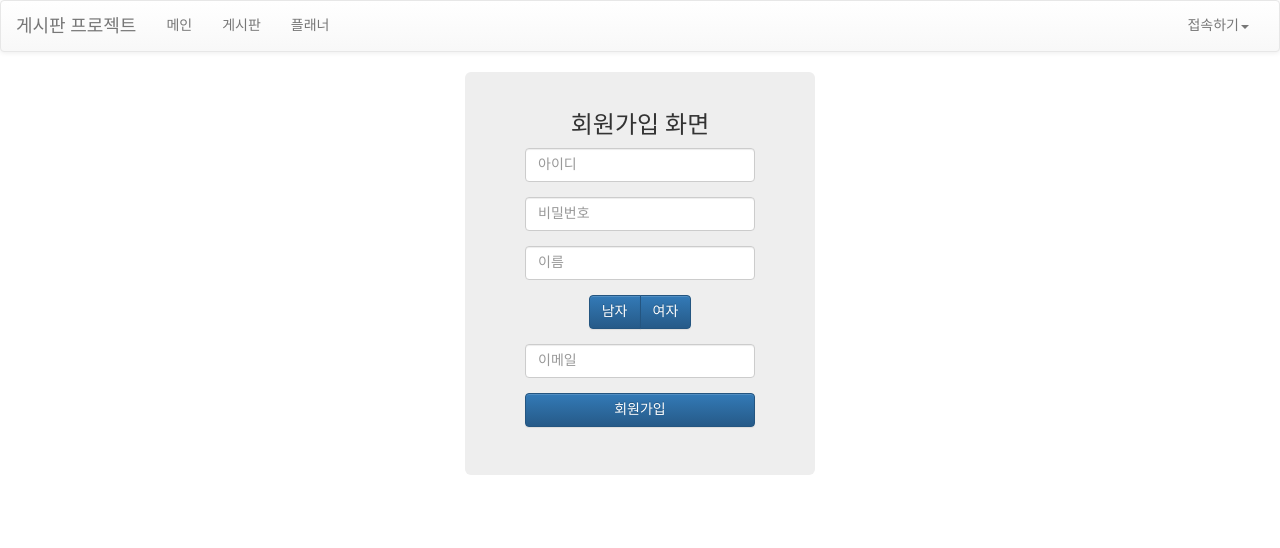
Repository: Seok7975/JSP-Education
Page: http://localhost/ToDoList공유_게시판_ver3/join.jsp
An editor plug-in stored every save of this project. The page is shown before and after the next save, followed by the edit.
The browser window is 1280 px wide. The pictures show the whole page.
Some web fonts or font styles are not loaded; a fallback is used. Some web libraries are served in a nearby version. The page is served by Tomcat 9. Other server files are loaded and not shown.

Above is the page before, as saved 2024-06-20 08:17:52.

### List_Projects_ver3/ToDoList공유 게시판_ver3/src/main/webapp/join.jsp
<%@ page language="java" contentType="text/html; charset=UTF-8"
    pageEncoding="UTF-8"%>
<!DOCTYPE html>
<html>
<head>
<meta http-equiv="Content-Type" content="text/html; charset=UTF-8">
<meta name="viewport" content="width=device-width, initial-scale=1">
<!-- Latest compiled and minified CSS -->
<link rel="stylesheet" href="https://cdn.jsdelivr.net/npm/bootstrap@3.3.7/dist/css/bootstrap.min.css" integrity="sha384-BVYiiSIFeK1dGmJRAkycuHAHRg32OmUcww7on3RYdg4Va+PmSTsz/K68vbdEjh4u" crossorigin="anonymous">
<!-- Optional theme -->
<link rel="stylesheet" href="https://cdn.jsdelivr.net/npm/bootstrap@3.3.7/dist/css/bootstrap-theme.min.css" integrity="sha384-rHyoN1iRsVXV4nD0JutlnGaslCJuC7uwjduW9SVrLvRYooPp2bWYgmgJQIXwl/Sp" crossorigin="anonymous">
<!-- jQuery (necessary for Bootstrap's JavaScript plugins) -->
<script src="https://code.jquery.com/jquery-3.1.1.min.js"></script>
<!-- Latest compiled and minified JavaScript -->
<script src="https://cdn.jsdelivr.net/npm/bootstrap@3.3.7/dist/js/bootstrap.min.js" integrity="sha384-Tc5IQib027qvyjSMfHjOMaLkfuWVxZxUPnCJA7l2mCWNIpG9mGCD8wGNIcPD7Txa" crossorigin="anonymous"></script>
<link rel="stylesheet" href="css/jumbotronCustom.css">
<title>JSP 게시판 웹 사이트</title>
</head>
<body>
	<nav class="navbar navbar-default">
		<div class="container-fluid">
			<div class="navbar-header">
				<button type="button" class="navbar-toggle collapsed" data-toggle="collapse" data-target="#bs-example-navbar-collapse-1" aria-expanded="false">
					<span class="sr-only">Toggle navigation</span>
					<span class="icon-bar"></span>
					<span class="icon-bar"></span>
					<span class="icon-bar"></span>
				</button>
				<a class="navbar-brand" href="main.jsp">게시판 프로젝트</a>
			</div>
			<div class="collapse navbar-collapse" id="bs-example-navbar-collapse-1">
				<ul class="nav navbar-nav">
					<li><a href="main.jsp">메인</a></li>
					<li><a href="bbs.jsp">게시판</a></li>
					<li><a href="planner/planner.jsp">플래너</a></li>
				</ul>
				<ul class="nav navbar-nav navbar-right">
					<li class="dropdown">
						<a href="#" class="dropdown-toggle" data-toggle="dropdown" role="button" aria-haspopup="true" aria-expanded="false">접속하기<span class="caret"></span></a>
						<ul class="dropdown-menu">
							<li><a href="login.jsp">로그인</a></li>
							<li class="active"><a href="join.jsp">회원가입</a></li>
						</ul>
					</li>
				</ul>
			</div>
		</div>
	</nav>
	<div class="container">
		<div class="col-lg-4"></div>
		<div class="col-lg-4">
			<div class="jumbotron" style="padding-top: 20px;">
				<form method="post" action="joinAction.jsp">
					<h3 style="text-align: center;">회원가입 화면</h3>
					<div class="form-group">
						<input type="text" class="form-control" placeholder="아이디" name="userID" required maxlength="20">
					</div>
					<div class="form-group">
						<input type="password" class="form-control" placeholder="비밀번호" name="userPassword" required maxlength="20">
					</div>
					<div class="form-group">
						<input type="text" class="form-control" placeholder="이름" name="userName" required maxlength="20">
					</div>
					<div class="form-group" style="text-align: center;">
						<div class="btn-group" data-toggle="buttons">
							<label class="btn btn-primary">
								<input type="radio" name="userGender" value="남자" autocomplete="off" required> 남자 <!-- autocomplete="off" -->
							</label>
							<label class="btn btn-primary">
								<input type="radio" name="userGender" value="여자" autocomplete="off" required> 여자
							</label>
						</div>
					</div>
					<div class="form-group">
						<input type="email" class="form-control" placeholder="이메일" name="userEmail" required maxlength="20">
					</div>
					<input type="submit" class="btn btn-primary form-control" value="회원가입">
				</form>
			</div>
		</div>
		<div class="col-lg-4"></div>
	</div>
</body>
</html>

### List_Projects_ver3/ToDoList공유 게시판_ver3/src/main/webapp/css/jumbotronCustom.css

@import url(http://fonts.googleapis.com/earlyaccess/nanumgothic.css);
@import url(http://fonts.googleapis.com/earlyaccess/hanna.css);
* {
	font-family : 'Nanum Gothic';
}

h1 {
	font-family : 'Hanna';
}

After the next save:
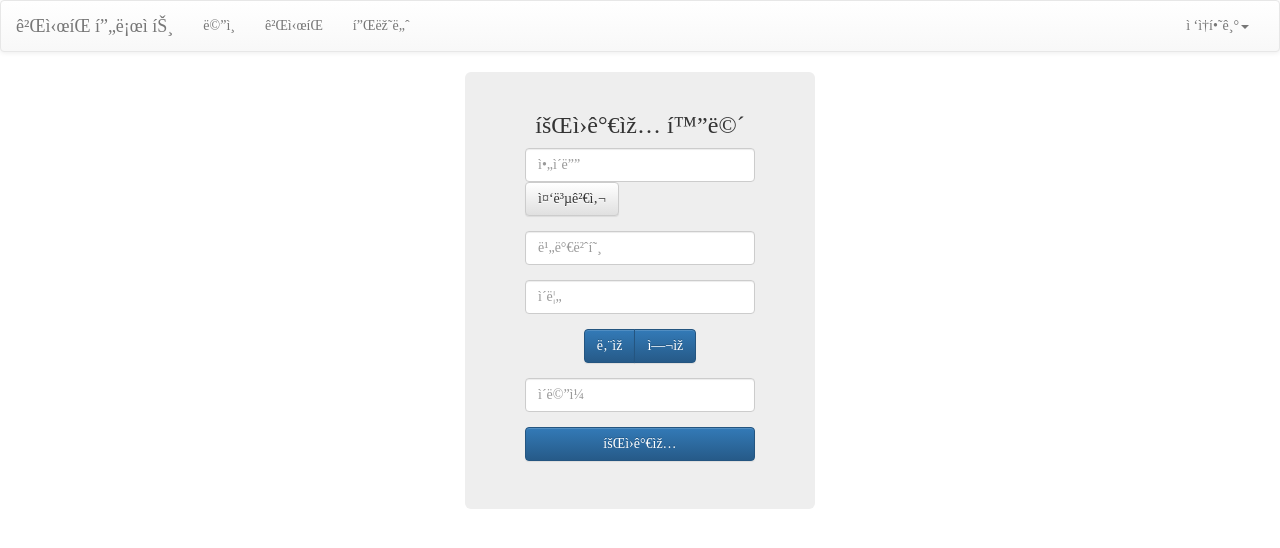
Saved 41 s later.
--- a/List_Projects_ver3/ToDoList공유 게시판_ver3/src/main/webapp/join.jsp
+++ b/List_Projects_ver3/ToDoList공유 게시판_ver3/src/main/webapp/join.jsp
@@ -1,5 +1,3 @@
-<%@ page language="java" contentType="text/html; charset=UTF-8"
-    pageEncoding="UTF-8"%>
 <!DOCTYPE html>
 <html>
 <head>
@@ -53,7 +51,9 @@
 				<form method="post" action="joinAction.jsp">
 					<h3 style="text-align: center;">회원가입 화면</h3>
 					<div class="form-group">
-						<input type="text" class="form-control" placeholder="아이디" name="userID" required maxlength="20">
+						<input type="text" class="form-control" placeholder="아이디" name="userID" id="userID" required maxlength="20">
+						<button type="button" class="btn btn-default" onclick="checkUserId()">중복검사</button>
+						<span id="userIdResult"></span>
 					</div>
 					<div class="form-group">
 						<input type="password" class="form-control" placeholder="비밀번호" name="userPassword" required maxlength="20">
@@ -80,5 +80,12 @@
 		</div>
 		<div class="col-lg-4"></div>
 	</div>
+
+	<script>
+		function checkUserId() {
+			var userID = document.getElementById("userID").value;
+			window.location.href = "CheckId.jsp?userID=" + userID;
+		}
+	</script>
 </body>
 </html>

After the save that followed:
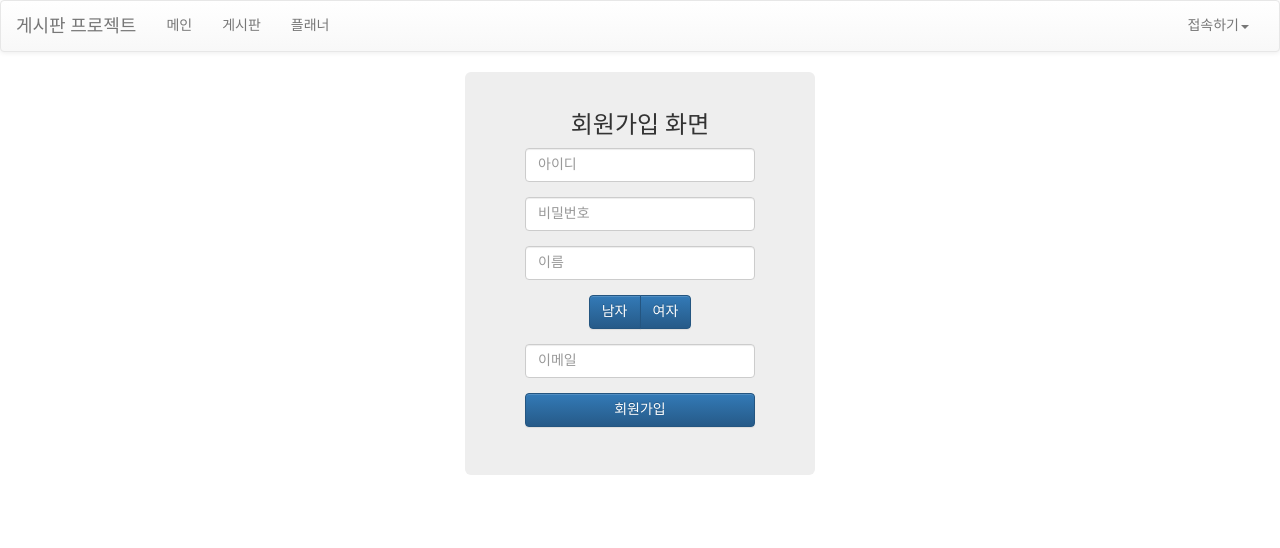
Saved 89 s later.
--- a/List_Projects_ver3/ToDoList공유 게시판_ver3/src/main/webapp/join.jsp
+++ b/List_Projects_ver3/ToDoList공유 게시판_ver3/src/main/webapp/join.jsp
@@ -1,3 +1,5 @@
+<%@ page language="java" contentType="text/html; charset=UTF-8"
+    pageEncoding="UTF-8"%>
 <!DOCTYPE html>
 <html>
 <head>
@@ -51,9 +53,7 @@
 				<form method="post" action="joinAction.jsp">
 					<h3 style="text-align: center;">회원가입 화면</h3>
 					<div class="form-group">
-						<input type="text" class="form-control" placeholder="아이디" name="userID" id="userID" required maxlength="20">
-						<button type="button" class="btn btn-default" onclick="checkUserId()">중복검사</button>
-						<span id="userIdResult"></span>
+						<input type="text" class="form-control" placeholder="아이디" name="userID" required maxlength="20">
 					</div>
 					<div class="form-group">
 						<input type="password" class="form-control" placeholder="비밀번호" name="userPassword" required maxlength="20">
@@ -80,12 +80,5 @@
 		</div>
 		<div class="col-lg-4"></div>
 	</div>
-
-	<script>
-		function checkUserId() {
-			var userID = document.getElementById("userID").value;
-			window.location.href = "CheckId.jsp?userID=" + userID;
-		}
-	</script>
 </body>
 </html>
